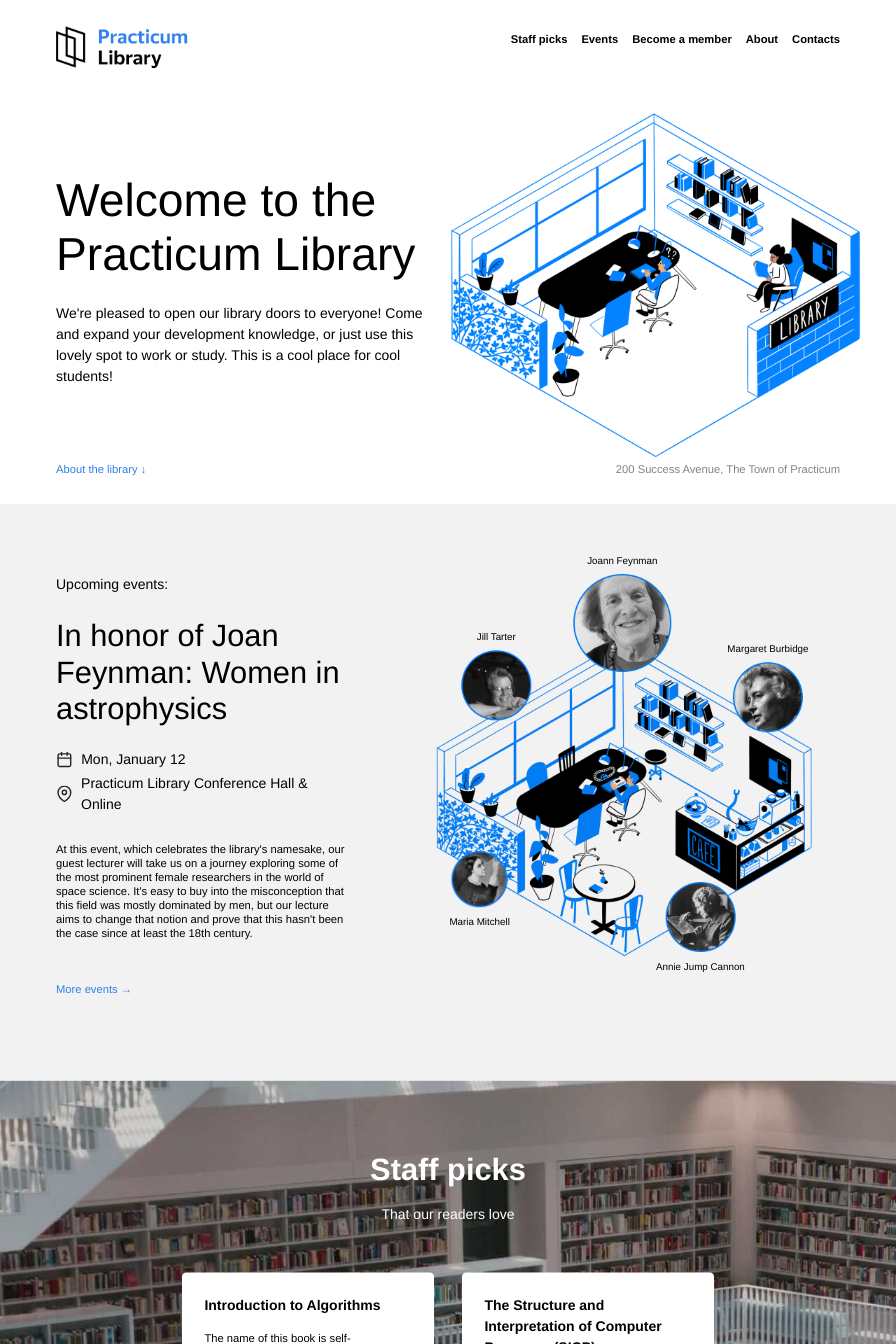
Repository: MWilliams-26/se_project_library
Page: index.html
The author's editor kept a copy of each file at every save. The page is drawn from the files as they stood at one save, then again after the next save.
The browser window is 1280 px wide. The pictures show the part of the page from y = 0 to 1920 px (the page is 4318 px tall), at 70% of full size.

Above is the page before, as saved 2023-04-05 09:18:42.

### index.html
<!DOCTYPE html>
<html lang="en">
  <head>
    <meta charset="UTF-8" />
    <meta name="viewport" content="width=device-width, initial-scale=1.0" />
    <title>Practicum Library</title>
    <link rel="shortcut icon" href="favicon.ico" />
    <link rel="stylesheet" href="./styles/normalize.css" />
    <link rel="stylesheet" href="./styles/style.css" />
  </head>

  <body>
    <!-- Wrap the entire page content in a new div with the page class. Remember to add the closing tag -->
    <div class="page">
      <header class="header">
        <nav class="nav">
          <img
            src="./images/logo.png"
            alt="Practicum Library Logo"
            class="logo"
          />
          <!-- Putting navigation links in a list is supposed to be the best practice of writing the semantic code since it allows screen readers to pause between each link instead of reading all the links as a sentence. -->
          <ul class="nav__links">
            <li>
              <a class="nav__link" href="#staff">Staff picks</a>
            </li>
            <li>
              <a class="nav__link" href="#events">Events</a>
            </li>
            <li>
              <a class="nav__link" href="#membership">Become a member</a>
            </li>
            <li>
              <a class="nav__link" href="#about">About</a>
            </li>
            <li>
              <a class="nav__link" href="#footer">Contacts</a>
            </li>
          </ul>
        </nav>
        <h1 class="header__title">Welcome to the Practicum Library</h1>
        <p class="header__description">
          We're pleased to open our library doors to everyone! Come and expand
          your development knowledge, or just use this lovely spot to work or
          study. This is a cool place for cool students!
        </p>
        <!-- ----------------------------------------------------------------- -->
        <!--               Don't uncomment until project stage 2               -->
        <!-- ----------------------------------------------------------------- -->
        <img
          src="./images/inside_the_library.png"
          alt="Illustration 'Inside the library'"
          class="header__image"
        />
        <div class="header__footer">
          <a class="header__link" href="#about">About the library &darr;</a>
          <p class="header__address">
            200 Success Avenue, The Town of Practicum
          </p>
        </div>
      </header>

      <main class="content">
        <section id="events" class="events">
          <div class="events__content">
            <h2 class="events__heading">Upcoming events:</h2>
            <h3 class="events__title">
              In honor of Joan Feynman: Women in astrophysics
            </h3>
            <div class="event-info events__info-section">
              <div class="event-info__item">
                <div
                  class="event-info__icon event-info__icon_type_calendar"
                ></div>
                <p class="event-info__text">Mon, January 12</p>
              </div>
              <div class="event-info__item">
                <div class="event-info__icon event-info__icon_type_pin"></div>
                <p class="event-info__text">
                  Practicum Library Conference Hall & Online
                </p>
              </div>
            </div>
            <p class="events__description">
              At this event, which celebrates the library's namesake, our guest
              lecturer will take us on a journey exploring some of the most
              prominent female researchers in the world of space science. It's
              easy to buy into the misconception that this field was mostly
              dominated by men, but our lecture aims to change that notion and
              prove that this hasn't been the case since at least the 18th
              century.
            </p>
            <a href="#" class="events__more">More events &rarr;</a>
          </div>
          <div class="events__cover">
            <img
              class="events__image"
              src="images/cafe.png"
              alt="events image"
            />
            <div class="person person_name_feynman">
              <p class="person__caption">Joann Feynman</p>
              <img
                class="person__image person__image_size_l"
                src="images/person_feynman.png"
                alt="Joann Feyman"
              />
            </div>
            <div class="person person_name_burbidge">
              <p class="person__caption">Margaret Burbidge</p>
              <img
                class="person__image person__image_size_m"
                src="images/person_burbidge.png"
                alt="Margaret Burbidge"
              />
            </div>
            <div class="person person_name_cannon">
              <img
                class="person__image person__image_size_m"
                src="images/person_cannon.png"
                alt="Annie Jump Cannon"
              />
              <p class="person__caption">Annie Jump Cannon</p>
            </div>
            <div class="person person_name_mitchell">
              <img
                class="person__image person__image_size_s"
                src="images/person_mitchell.png"
                alt="Maria Mitchell"
              />
              <p class="person__caption">Maria Mitchell</p>
            </div>
            <div class="person person_name_tarter">
              <p class="person__caption">Jill Tarter</p>
              <img
                class="person__image person__image_size_m"
                src="images/person_tarter.png"
                alt="Jill Tarter"
              />
            </div>
          </div>
        </section>

        <section id="staff" class="staff">
          <h2 class="staff__title">Staff picks</h2>
          <p class="staff__subtitle">That our readers love</p>
          <ul class="staff__cards">
            <li class="card">
              <div class="card__content">
                <h3 class="card__title">Introduction to Algorithms</h3>
                <p class="card__text">
                  The name of this book is self-explanatory; it's a proper
                  introduction to algorithms! Introduction to Algorithms, or
                  CLRS, in reference to the authors' last names, goes in-depth
                  and covers a range of algorithms across several self-contained
                  chapters.
                </p>
                <p class="card__footer">
                  Thomas H. Cormen, Charles E. Leiserson, Ronald L. Rivest,
                  Clifford Stein
                </p>
              </div>
            </li>

            <li class="card">
              <div class="card__content">
                <h3 class="card__title">
                  The Structure and Interpretation of Computer Programs (SICP)
                </h3>
                <p class="card__text">
                  This is one of the best books for learning the fundamentals of
                  programming. Featured by MIT in one of their foundational
                  programming courses, SICP is a general-purpose programming
                  book that uses Scheme to illustrate various programming
                  concepts.
                </p>
                <p class="card__footer">
                  Harold Abelson, Gerald Jay Sussman, Julie Sussman
                </p>
              </div>
            </li>

            <li class="card">
              <div class="card__content">
                <h3 class="card__title">
                  The Clean Coder: A Code of Conduct for Professional
                  Programmers
                </h3>
                <p class="card__text">
                  Compiled by seasoned software engineer and author Robert C.
                  Martin (also known as Uncle Bob), this book covers the
                  techniques and tools of true software craftsmanship. It
                  explains how to write clean code and demonstrates how to
                  cultivate the attitude of a skilled, professional programmer.
                </p>
                <p class="card__footer">Steve McConnell</p>
              </div>
            </li>

            <li class="card">
              <div class="card__content">
                <h3 class="card__title">
                  Code Complete: A Practical Handbook of Software Construction
                </h3>
                <p class="card__text">
                  Want to know how to write robust code irrespective of the
                  architecture behind your chosen programming language? Then
                  consider reading Code Complete: A Practical Handbook of
                  Software Construction. It comprehensively covers everything
                  related to good code structure.
                </p>
                <p class="card__footer">Steve McConnell</p>
              </div>
            </li>
          </ul>
        </section>

        <section id="membership" class="membership">
          <h2 class="membership__title">Becoming a library member is easy!</h2>
          <ul class="membership__steps">
            <li class="step">
              <h3 class="step__title">
                Step 1
                <img
                  src="./images/icon_step_forward.svg"
                  alt="icon forward"
                  class="step__icon"
                />
              </h3>
              <p class="step__description">
                Fill out the membership form online or in person.
              </p>
            </li>
            <li class="step">
              <h3 class="step__title">
                Step 2
                <img
                  src="./images/icon_step_forward.svg"
                  alt="icon forward"
                  class="step__icon"
                />
              </h3>
              <p class="step__description">
                Come pick up your library card at the front desk.
              </p>
            </li>
            <li class="step">
              <h3 class="step__title">
                Step 3
                <img
                  src="./images/icon_step_forward.svg"
                  alt="icon forward"
                  class="step__icon"
                />
              </h3>
              <p class="step__description">Sign the back of the card.</p>
            </li>
            <li class="step">
              <h3 class="step__title">
                Step 4
                <img
                  src="./images/icon_step_finish.svg"
                  alt="icon finish"
                  class="step__icon"
                />
              </h3>
              <p class="step__description">
                Enjoy all the awesome benefits of membership!
              </p>
            </li>
          </ul>
        </section>

        <section id="about" class="about">
          <h2 class="about__title">About the library</h2>
          <div class="about__content">
            <p class="about__paragraph">
              Libraries are essential establishments in practically every city,
              and Practicum's library is no exception. It first opened its doors
              way back in 2018, right as our humble town began bidding welcome
              to its very first citizens!
            </p>
            <p class="about__paragraph">
              Since its initial opening, the library has seen nearly 342
              visitors each month. That's almost 50% of our population! So far,
              most citizens have enjoyed reading books and making use of our
              ample online resources.
            </p>
            <p class="about__paragraph">
              The library gets its name from Joan Feynman, an American
              astrophysicist and the first woman to be elected as an officer of
              the American Geophysical Union.
            </p>
          </div>
          <div class="about__circle"></div>
        </section>
      </main>
      <footer id="footer" class="footer">
        <div class="footer__columns">
          <div class="footer__column">
            <img
              class="footer__logo"
              src="images/logo_white.png"
              alt="Practicum Logo"
            />
          </div>
          <div class="footer__column footer__column_content_hours">
            <h3 class="footer__column-heading">Hours</h3>
            <ul class="footer__list">
              <li class="footer__list-item">Weekdays: 9am-8pm</li>
              <li class="footer__list-item">Weekends: 10am-6pm</li>
            </ul>
          </div>
          <div class="footer__column footer__column_content_social">
            <h3 class="footer__column-heading">Social Media</h3>
            <ul class="footer__list">
              <li class="footer__list-item">
                <a class="footer__column-link" href="#">
                  <img
                    class="footer__social-icon"
                    src="images/facebook_white.svg"
                    alt="Facebook Icon"
                  />Facebook</a
                >
              </li>
              <li class="footer__list-item">
                <a class="footer__column-link" href="#">
                  <img
                    class="footer__social-icon"
                    src="images/instagram_white.svg"
                    alt="Instagram Icon"
                  />Instagram</a
                >
              </li>
            </ul>
          </div>
        </div>
        <p class="footer__copyright">&copy; 2023 Michael Williams</p>
      </footer>
    </div>
  </body>
</html>

### styles/style.css
.page {
  min-width: 1100px;
  max-width: 1600px;
  margin: 0 auto;
  font-family: Helvetica Neue, Arial, sans-serif;
  font-size: 16px;
  line-height: 20px;
}

.header {
  height: 100vh;
  min-height: 720px;
  max-height: 800px;
  padding: 30px 80px 0;
  position: relative;
  box-sizing: border-box;
}

.nav {
  display: flex;
  justify-content: space-between;
  align-items: stretch;
  margin-top: 8px;
}

.logo {
  width: 196px;
  height: 60px;
}

.nav__links {
  margin-top: 8px;
  display: flex;
  column-gap: 20px;
  list-style: none;
}

.nav__link {
  color: #000000;
  text-decoration: none;
  font-weight: bold;
}

.nav__link:hover {
  color: #1f69c9;
}

.header__title {
  font-size: 66px;
  line-height: 76px;
  font-weight: 500;
  max-width: 544px;
  margin-top: 150px;
  margin-bottom: 32px;
}

.header__description {
  font-size: 20px;
  line-height: 30px;
  max-width: 532px;
}

.header__image {
  position: absolute;
  max-width: 636px;
  top: 135px;
  right: 20px;
  z-index: 1;
}

.header__footer {
  position: absolute;
  left: 0;
  bottom: 40px;
  width: 100%;
  display: flex;
  align-items: center;
  padding: 40px 80px 0;
  justify-content: space-between;
  box-sizing: border-box;
}

.header__link {
  color: #2f80ed;
  text-decoration: none;
}

.header__link:hover {
  color: #1f69c9;
}

.header__address {
  margin: 0;
  color: #838383;
}

.events {
  padding: 100px 0 120px 80px;
  display: flex;
  align-items: start;
  justify-content: space-between;
  box-sizing: border-box;
  background-color: #f2f2f2;
}
.events__content {
  flex-basis: 580px;
}

.events__heading {
  font-size: 20px;
  font-weight: 500;
  line-height: 30px;
  margin: 0;
}

.events__title {
  font-size: 44px;
  font-weight: 500;
  line-height: 52px;
  margin: 32px 0 0;
}

.events__info-section {
  margin-top: 32px;
}

.event-info__item {
  display: flex;
  align-items: center;
  margin-bottom: 4px;
  font-weight: 500;
}

.event-info__icon {
  background-repeat: no-repeat;
  background-position: center;
  margin-right: 12px;
  width: 24px;
  height: 24px;
}

.event-info__icon_type_calendar {
  background-image: url(../images/icon_calendar.svg);
}

.event-info__icon_type_pin {
  background-image: url(../images/icon_pin.svg);
}

.event-info__text {
  font-size: 20px;
  font-weight: 500;
  line-height: 30px;
  margin: 0;
}

.events__description {
  margin: 40px 0 60px;
}

.events__more {
  color: #2f80ed;
  text-decoration: none;
}

.events__more:hover {
  color: #1f69c9;
}
.events__cover {
  flex-grow: 1;
  flex-shrink: 0;
  flex-basis: 780px;
  max-width: 780px;
  position: relative;
}

.events__image {
  max-width: 100%;
}

.person {
  position: absolute;
  display: flex;
  align-items: center;
  flex-direction: column;
  gap: 10px;
}

.person_name_feynman {
  position: absolute;
  top: -30px;
  left: 319px;
}

.person_name_burbidge {
  top: 96px;
  right: 125px;
}

.person_name_cannon {
  bottom: 18px;
  right: 216px;
}

.person_name_mitchell {
  bottom: 82px;
  left: 142px;
}

.person_name_tarter {
  top: 79px;
  left: 159px;
}

.person__image {
  max-width: 100%;
}

.person__image_size_l {
  width: 140px;
}

.person__image_size_m {
  width: 100px;
}

.person__image_size_s {
  width: 80px;
}

.person__caption {
  text-align: center;
  font-size: 14px;
  margin: 0;
}
.staff {
  padding: 100px 0 140px;
  background-image: url(../images/staff_picks_background.jpg);
}

.staff__title {
  text-align: center;
  font-size: 44px;
  line-height: 52px;
  margin: 0 0 24px;
  color: #ffffff;
}

.staff__subtitle {
  text-align: center;
  font-size: 20px;
  line-height: 30px;
  font-weight: 400;
  margin: 0;
  color: #ffffff;
}

.staff__cards {
  max-width: 760px;
  margin: auto;
  margin-top: 68px;
  display: flex;
  flex-wrap: wrap;
  justify-content: center;
  gap: 40px;
  list-style-type: none;
  padding: 0;
}

.card {
  background-color: #fff;
  border-radius: 6px;
  padding: 32px 40px 20px 32px;
  box-sizing: border-box;
  width: 360px;
  height: 420px;
}

.card__content {
  width: 100%;
  height: 100%;
  display: flex;
  flex-direction: column;
}

.card__title {
  font-size: 20px;
  line-height: 30px;
  font-weight: 700;
  margin: 0;
}

.card__text {
  margin: 20px 0 0;
  font-size: 16px;
  line-height: 24px;
}

.card__footer {
  margin: 0;
  font-size: 14px;
  line-height: 20px;
  color: #838383;
  margin-top: auto;
}

.membership {
  padding: 100px 0 140px;
  background-color: #f2f2f2;
}

.membership__title {
  max-width: 574px;
  margin: 0 auto;
  text-align: center;
  font-size: 44px;
  font-weight: 500;
  line-height: 52px;
}

.membership__steps {
  list-style-type: none;
  padding: 0;
  margin: 100px 150px 0 150px;
  display: flex;
  position: relative;
  flex-direction: row;
  justify-content: center;
  align-content: center;
  gap: 40px;
}

.step {
  max-width: 220px;
  flex-basis: 220px;
}

.step__title {
  margin: 0;
  font-size: 20px;
  line-height: 30px;
  font-weight: 700;
  display: flex;
  align-items: center;
}

.step__icon {
  margin-left: 20px;
}

.step__description {
  margin: 10px 0 0;
}

.about {
  padding: 100px 80px;
  background-color: #1f1f1f;
  color: #fff;
  overflow: hidden;
  position: relative;
  box-sizing: border-box;
  display: flex;
}

.about__title {
  margin: 0;
  font-size: 20px;
  line-height: 30px;
  font-weight: 500;
  z-index: 1;
  max-width: 154px;
}

.about__content {
  font-size: 20px;
  line-height: 30px;
  font-weight: 400;
  max-width: 660px;
  z-index: 1;
  padding-left: 120px;
}

.about__paragraph {
  margin: 0 0 32px;
}

.about__circle {
  background-color: #2f80ed;
  width: 495px;
  height: 495px;
  border-radius: 50%;
  z-index: 0;
  position: absolute;
  left: -91px;
  top: -121px;
}

.footer {
  box-sizing: border-box;
  background-color: #000000;
  padding: 60px 102px 60px 80px;
  font-size: 16px;
  line-height: 20px;
}

.footer__columns {
  display: flex;
  color: #ffffff;
}

.footer__column_content_hours {
  margin-left: auto;
  display: flex;
  flex-direction: column;
}

.footer__column_content_social {
  margin-left: 100px;
}

.footer__logo {
  width: 116px;
  height: 21px;
  font-size: 20px;
}

.footer__list {
  list-style-type: none;
  padding: 0;
  margin: 0;
}

.footer__list-item {
  margin-bottom: 16px;
}

.footer__list-item:last-of-type {
  margin-bottom: 0;
}

.footer__column-heading {
  margin: 0 0 20px;
}

.footer__column-link {
  color: white;
  font-size: 16px;
  line-height: 20px;
  text-decoration: none;
  display: flex;
  align-items: center;
}

.footer__column-link:hover {
  color: #c1c1c1;
}

.footer__social-icon {
  width: 16px;
  height: 16px;
}

.footer__copyright {
  margin-top: 108px;
  color: white;
}

Loaded but not shown: styles/normalize.css (library)

After the next save:
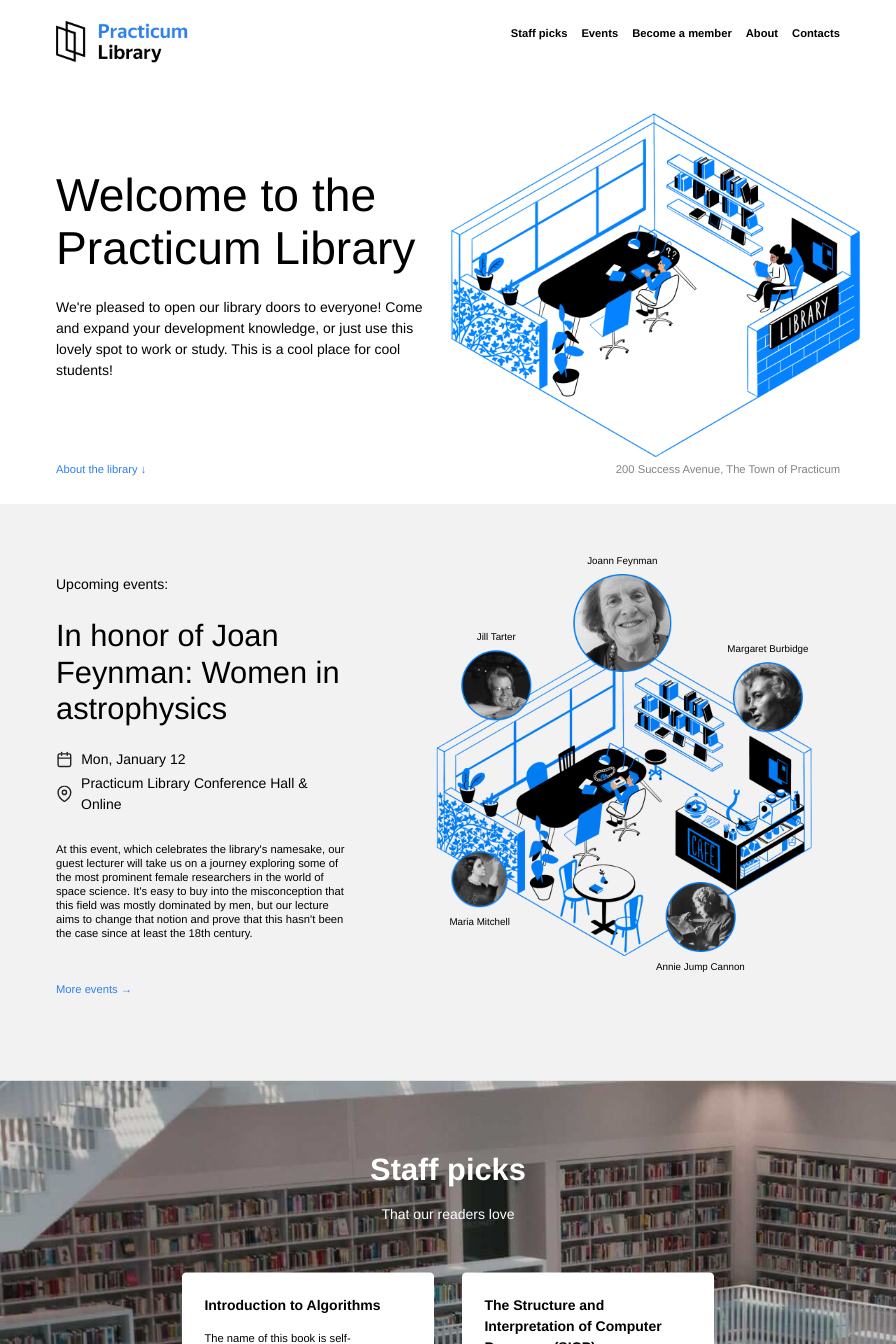
Saved 32 s later.
--- a/styles/style.css
+++ b/styles/style.css
@@ -20,7 +20,6 @@
   display: flex;
   justify-content: space-between;
   align-items: stretch;
-  margin-top: 8px;
 }
 
 .logo {
